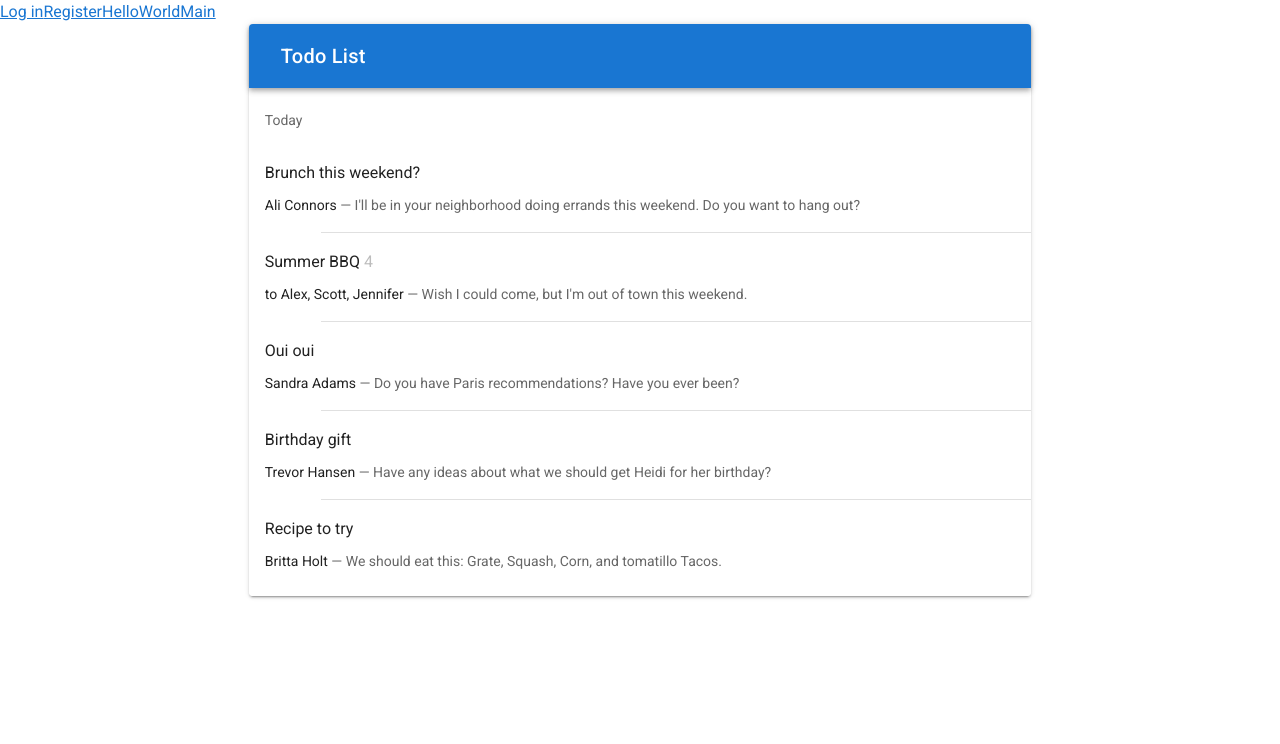
Repository: pao741/vue-todo
Page: /#/
The author's editor kept a copy of each file at every save. The page is drawn from the files as they stood at one save, then again after the next save.
The browser window is 1280 px wide. The pictures show the whole page.
The project was rebuilt for these pictures with package versions that can differ from the ones it lists, and the page was loaded fresh each time. Also part of the build but not shown: vue.config.js, src/components/Login.vue, src/components/Register.vue, src/components/HelloWorld.vue.

Above is the page before, as saved 2021-02-11 13:08:24.

After the next save:
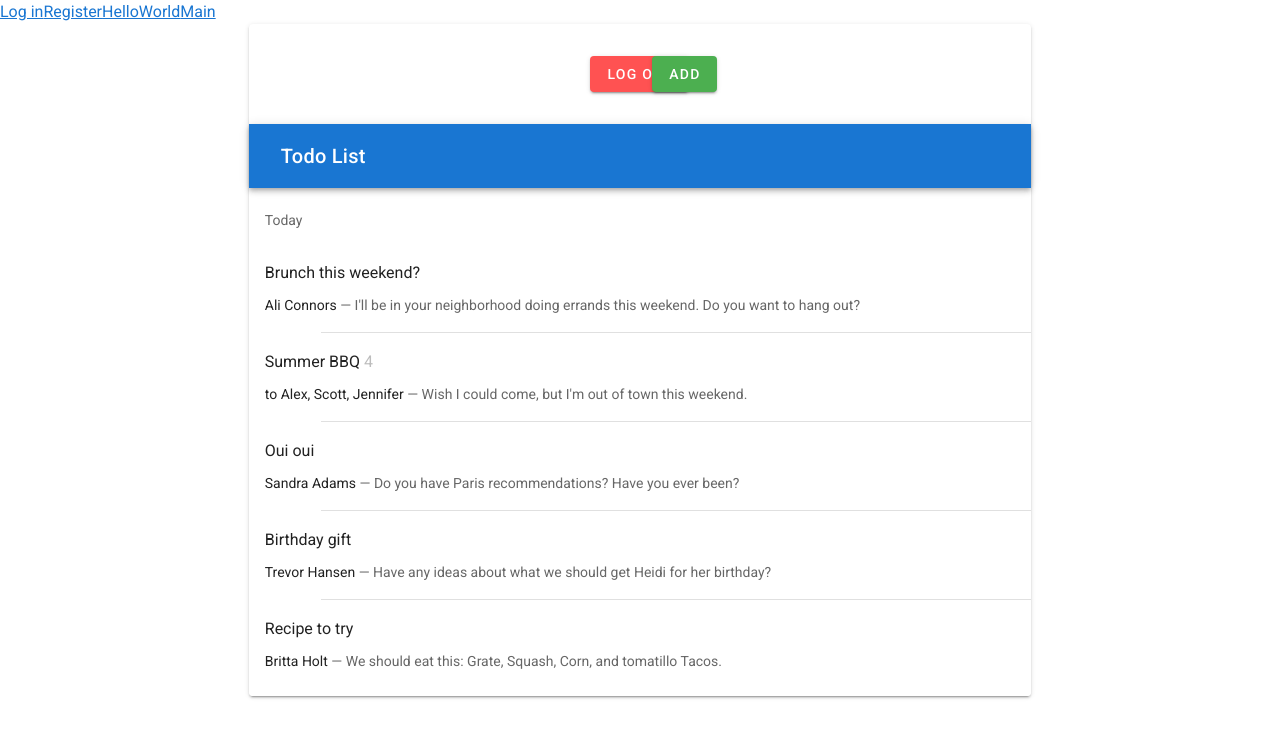
Saved 5 s later.
--- a/src/components/Main.vue
+++ b/src/components/Main.vue
@@ -29,6 +29,16 @@
       </v-dialog>
     </div>
     <v-card class="mx-auto">
+      <v-row justify="center" class="ma-5">
+        <v-col sm="1">
+          <v-btn justify="center" color="error" @click="logOut">Log out</v-btn>
+        </v-col>
+        <v-col sm="1">
+          <v-btn justify="center" color="success" @click="adding = true">
+            Add
+          </v-btn>
+        </v-col>
+      </v-row>
       <v-toolbar color="primary" dark>
         <v-card-title>Todo List</v-card-title>
       </v-toolbar>
